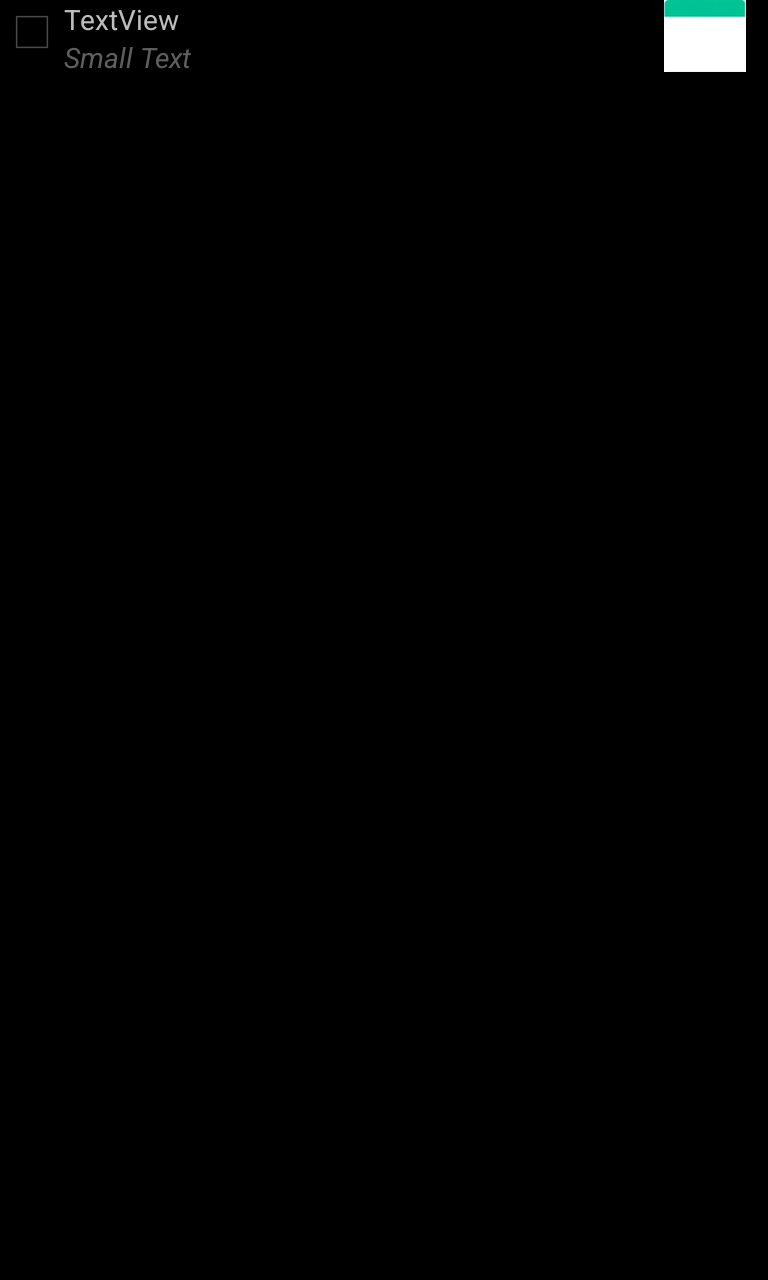
Repository: Damaitan/JTD
Layout: Mobile/res/layout/task_folder_item.xml
These files come from the project's save history. The layout is drawn as it stood at one moment and after the next save; the edit follows.
It is drawn on a 768 x 1280 px phone screen (xhdpi) without system bars, with theme android:Theme.Holo; the app's code is not run.

Above is the layout before, as saved 2015-01-09 09:00:56.

### Mobile/res/layout/task_folder_item.xml
<?xml version="1.0" encoding="utf-8"?>
<GridLayout xmlns:android="http://schemas.android.com/apk/res/android"
    android:id="@+id/task_folder_item"
    android:layout_width="wrap_content"
    android:layout_height="match_parent"
    android:layout_gravity="fill"
    android:columnCount="4"
    android:rowCount="2" >

    <CheckBox
        android:id="@+id/task_folder_item_check"
        android:layout_width="wrap_content"
        android:layout_column="0"
        android:layout_gravity="top|start"
        android:layout_row="0"
        android:layout_rowSpan="2"
        android:text="" />

    <TextView
        android:id="@+id/task_folder_item_name"
        android:layout_width="300dp"
        android:layout_column="1"
        android:layout_gravity="left"
        android:layout_row="0"
        android:gravity="fill_horizontal"
        android:text="TextView" />

    <TextView
        android:id="@+id/task_folder_item_tag"
        android:layout_width="300dp"
        android:layout_column="1"
        android:layout_gravity="left"
        android:layout_row="1"
        android:cursorVisible="false"
        android:enabled="false"
        android:gravity="fill_horizontal"
        android:inputType="none"
        android:text="Small Text"
        android:textAppearance="?android:attr/textAppearanceSmall"
        android:textStyle="italic" />

    <Button
        android:id="@+id/task_folder_item_btn_date"
        style="?android:attr/buttonStyleSmall"
        android:layout_width="41dp"
        android:layout_height="36dp"
        android:layout_column="2"
        android:layout_gravity="fill_horizontal"
        android:layout_row="0"
        android:layout_rowSpan="2"
        android:background="@drawable/task_folder_date"
        android:lines="2"
        android:maxLines="2"
        android:minLines="2"
        android:textColor="@android:color/black" />

</GridLayout>

After the next save:
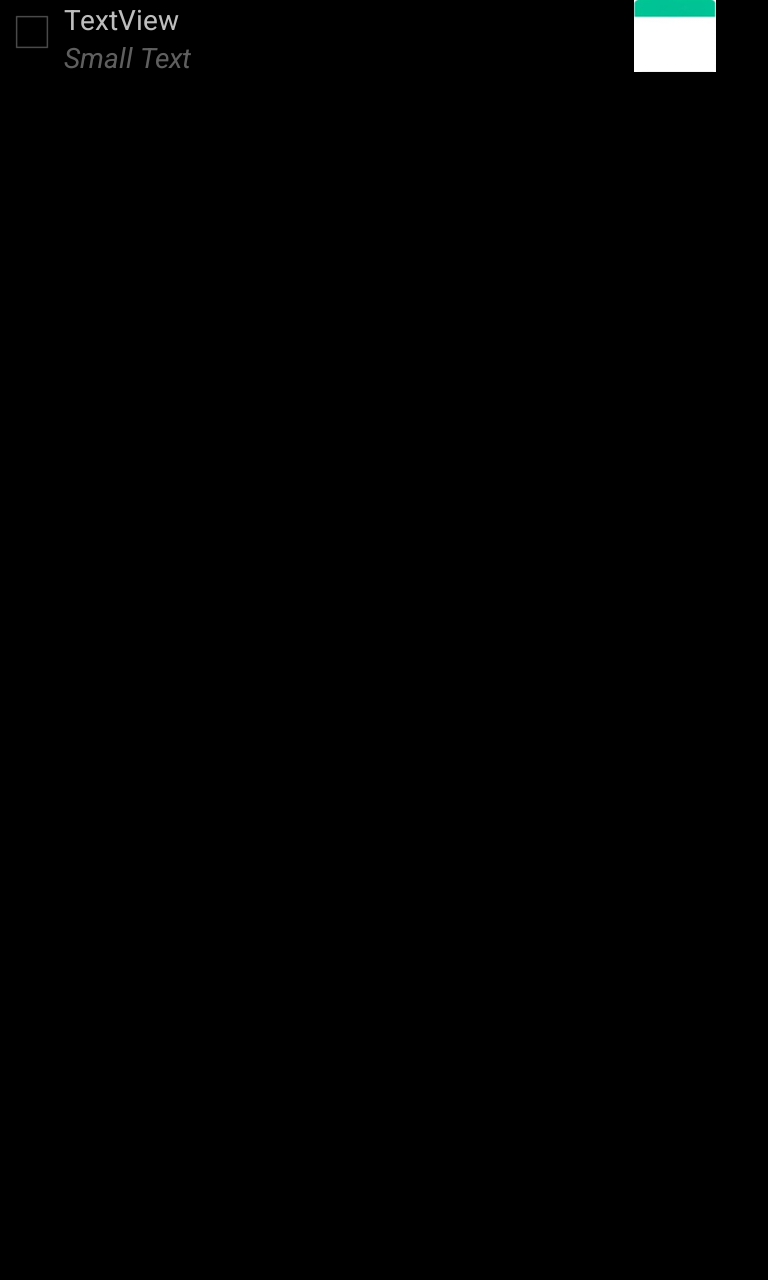
Saved 2 min 9 s later.
--- a/Mobile/res/layout/task_folder_item.xml
+++ b/Mobile/res/layout/task_folder_item.xml
@@ -18,7 +18,7 @@
 
     <TextView
         android:id="@+id/task_folder_item_name"
-        android:layout_width="300dp"
+        android:layout_width="285dp"
         android:layout_column="1"
         android:layout_gravity="left"
         android:layout_row="0"
@@ -27,7 +27,7 @@
 
     <TextView
         android:id="@+id/task_folder_item_tag"
-        android:layout_width="300dp"
+        android:layout_width="285dp"
         android:layout_column="1"
         android:layout_gravity="left"
         android:layout_row="1"
